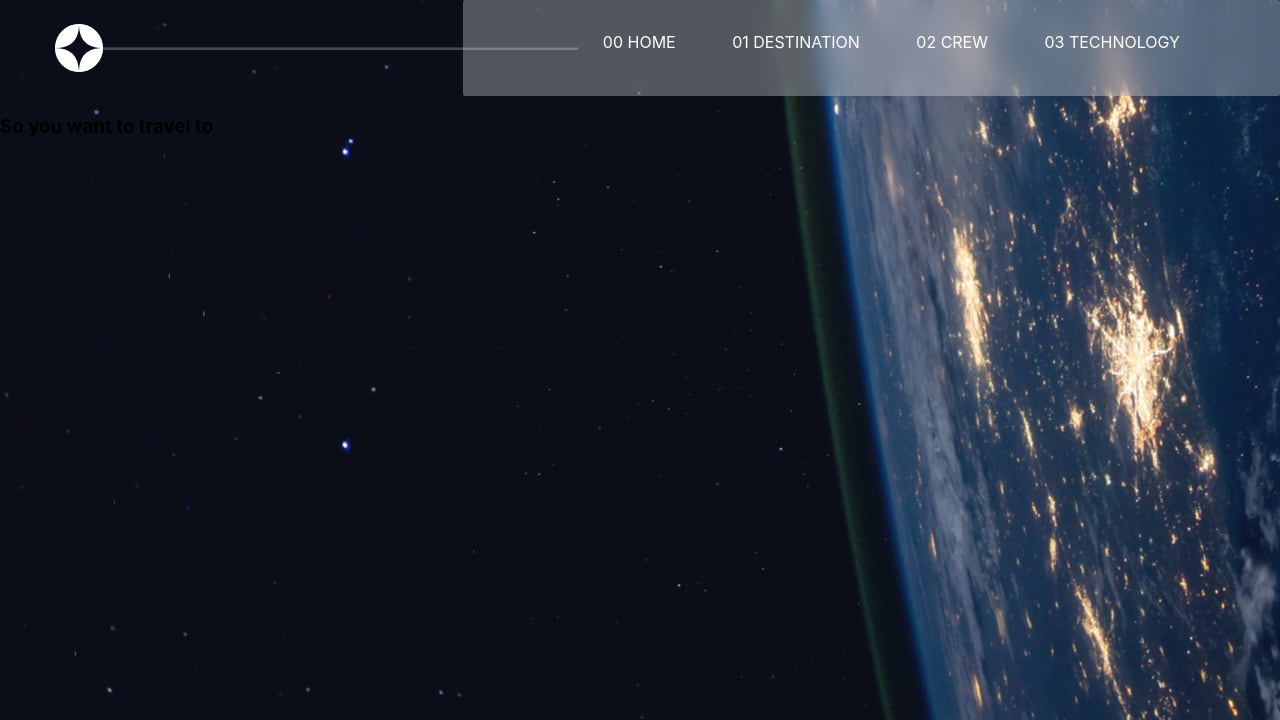
Repository: jhonenmanuel1/FrontEndMentor-MultiPageSpace
Page: /
These files come from the project's save history. The page is drawn as it stood at one moment and after the next save; the edit follows.
The browser window is 1280 px wide. The pictures show the whole page.
The project was rebuilt for these pictures with package versions that can differ from the ones it lists, and the page was loaded fresh each time.

Above is the page before, as saved 2022-06-21 15:38:36.

### src/App.js
import './App.css';
import HeaderView from './components/header';
import HomeView from './components/views/home';

function App() {
  return (
    <div className="App">
      <HeaderView/>
      <HomeView/>

    </div>
  );
}

export default App;

### src/App.css
body{
    background-image: url("../src/components/Images/home/background-home-desktop.jpg");
    background-color: #cccccc;


}

### src/components/header.js
import styles from "./styles/header.module.css"

const HeaderView = ()=>{

    return(
        <div className={styles.wraper}>
            <div className={styles.headerLogo}>
            <svg xmlns="http://www.w3.org/2000/svg" width="48" height="48"><g fill="none" fill-rule="evenodd"><circle cx="24" cy="24" r="24" fill="#FFF"/><path fill="#0B0D17" d="M24 0c0 16-8 24-24 24 15.718.114 23.718 8.114 24 24 0-16 8-24 24-24-16 0-24-8-24-24z"/></g></svg>
            </div>
            <div className={styles.headerLine}>
                <hr />
            </div>
            <div className={styles.headerMenu}>
                 <ul>
                    <li> 00 HOME</li>
                    <li> 01 DESTINATION </li>
                    <li> 02 CREW </li>
                    <li className={styles.lastList}> 03 TECHNOLOGY</li>

                </ul>
            </div>

        </div>
    )
}
export default HeaderView;

### src/components/views/home.js
import React from "react";

export default function HomeView(){
    return<>
        <div>
            <div>
                <h3>So you want to travel to</h3>
            </div>
        </div>
    </>
}

### src/components/styles/header.module.css
.wraper {
    display: flex;
    justify-content: space-between;


    background-position: center center;
    background-repeat: no-repeat;
    background-size: cover


}
.headerLogo{
    display: flex;
    justify-content: center;
    align-items: center;


}
.headerLogo svg {
    background-color: aliceblue;
    border-radius: 100%;
    height: 48px;
    width: 48px;
    margin-left: 55px;
}

.headerMenu{
    background-color: rgba(255, 255, 255, 0.3);
    border-radius: 2px;
    text-align: center;
    backdrop-filter: blur(12px);
    -webkit-backdrop-filter: blur(10px);
    width: 830px;
    height: 96px;



}

.headerMenu ul {
    display: flex;
    justify-content:  space-between;
    align-items: center;
    padding-right: 100px;
    margin-left: 100px;
    margin-top: 32px;
    color: white;


}
.headerMenu ul li {
    text-decoration: none;
    list-style: none;

}

.headerLogo{
    color: white;

}
.headerLine {
    display: flex;
    justify-content: center;
    align-items: center;
    margin-right: -9%;
    z-index: 1;

}
.headerLine hr {
    height: 1px;
    background-color: white;
    color: white;
    width: 473px;
    opacity:  25.15%;

}

Loaded but not shown: public/index.html (common file); src/index.js (common file); src/index.css (common file); src/reportWebVitals.js (common file)

After the next save:
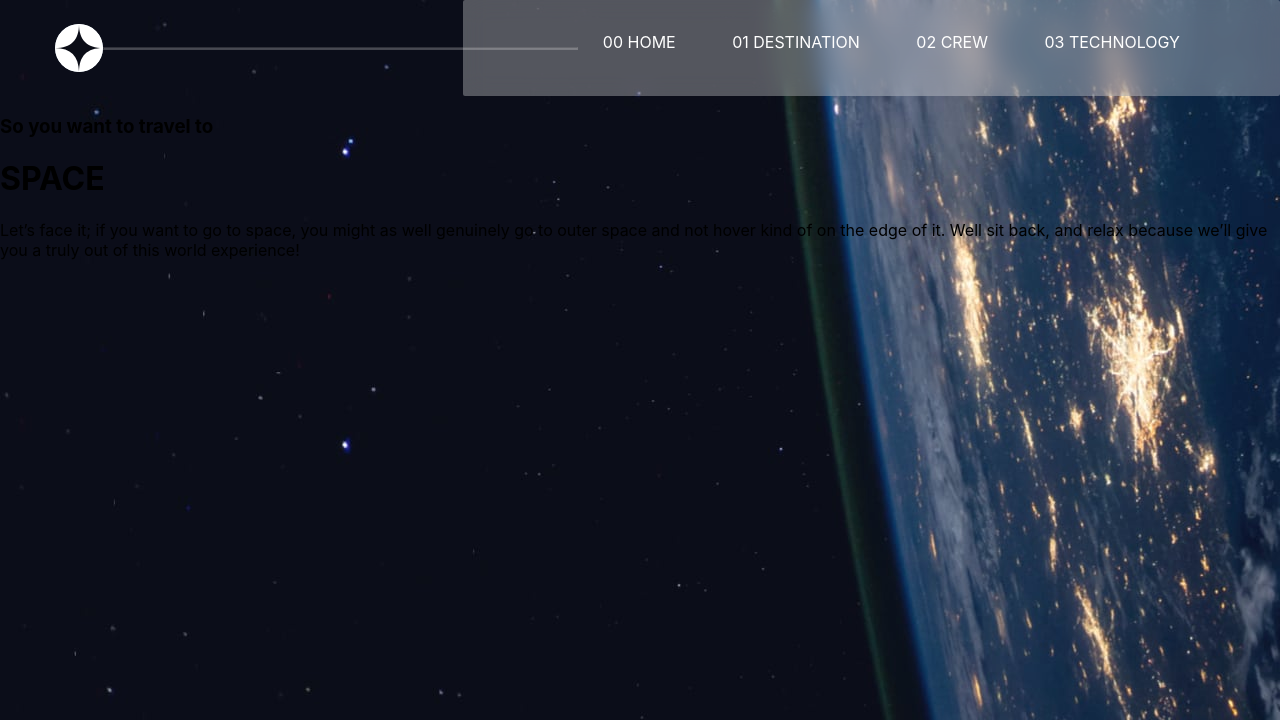
Saved 35 min 53 s later.
--- a/src/components/views/home.js
+++ b/src/components/views/home.js
@@ -5,6 +5,8 @@ export default function HomeView(){
         <div>
             <div>
                 <h3>So you want to travel to</h3>
+                <h1>SPACE </h1>
+                <p>Let’s face it; if you want to go to space, you might as well genuinely go to outer space and not hover kind of on the edge of it. Well sit back, and relax because we’ll give you a truly out of this world experience!</p>
             </div>
         </div>
     </>
